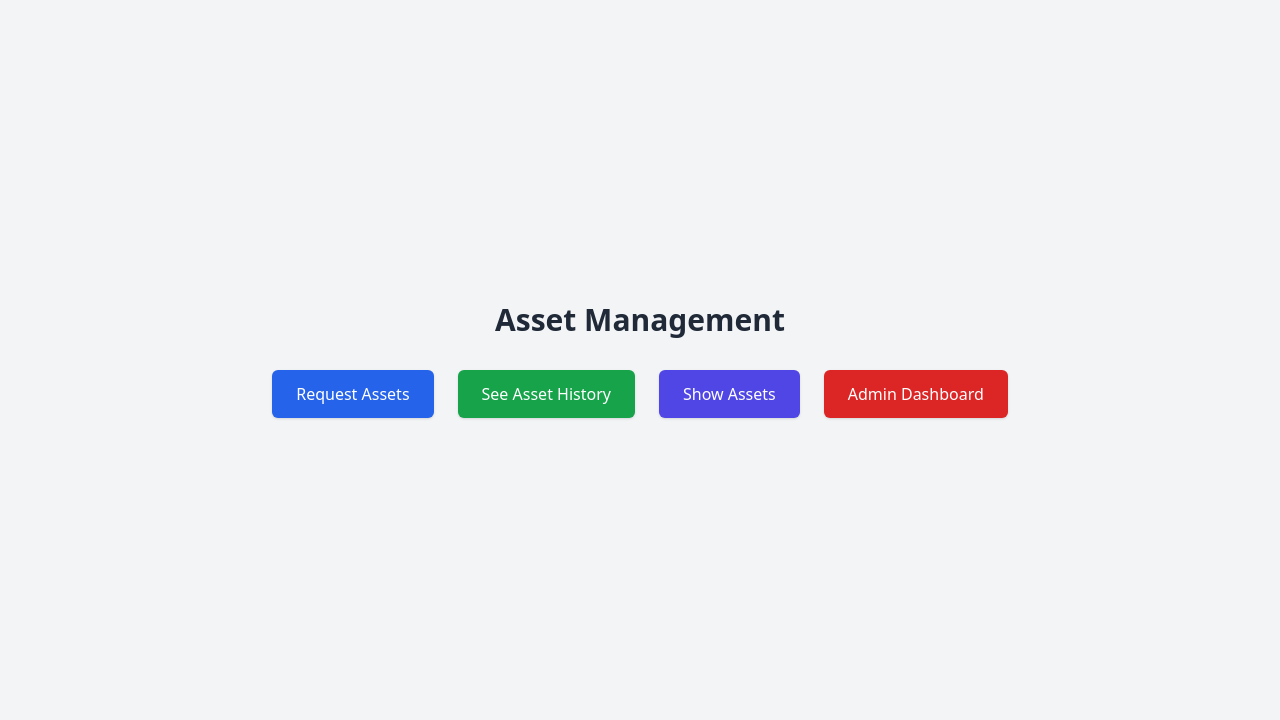
Repository: NirmalyaSatapathy/NirmalyaSatapathyProjects
Page: http://localhost/AssetManagement/EmployDashBoard.jsp
The author's editor kept a copy of each file at every save. The page is drawn from the files as they stood at one save, then again after the next save.
The browser window is 1280 px wide. The pictures show the whole page.
Some web libraries are served in a nearby version. The page is served by Tomcat 9.

Above is the page before, as saved 2025-06-03 17:09:36.

After the next save:
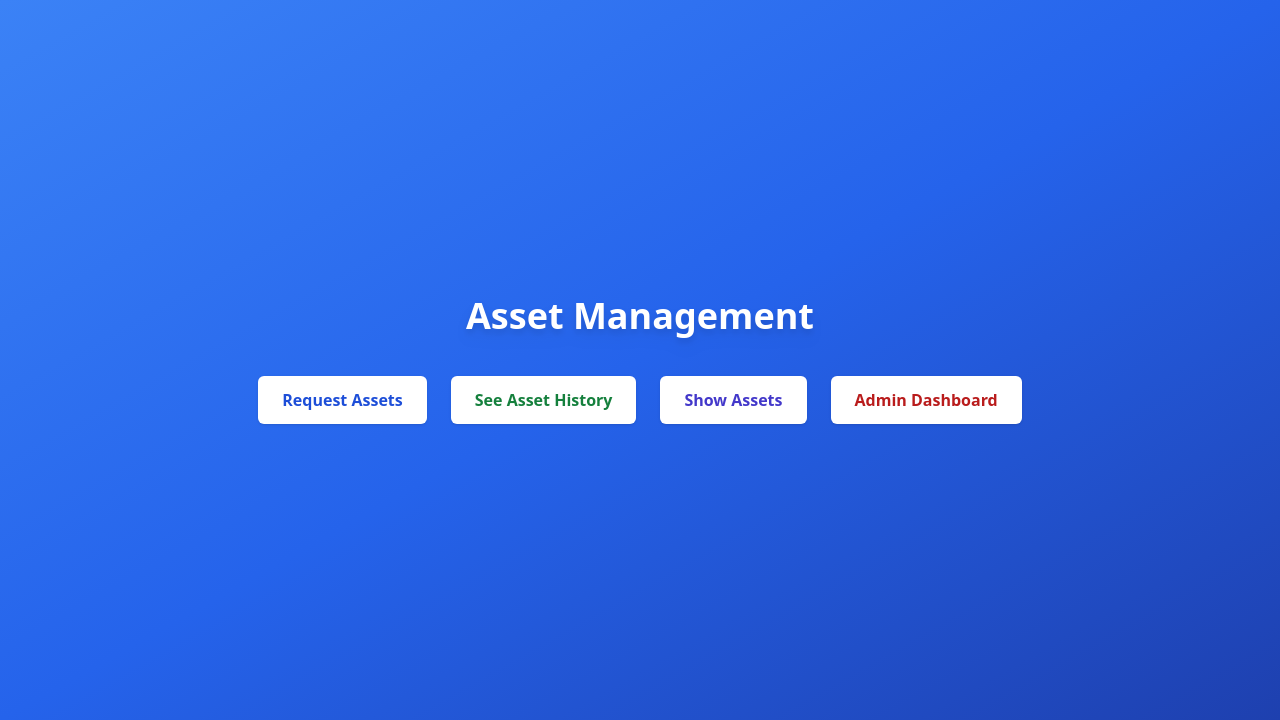
Saved 84 s later.
--- a/AssetManagement/AssetManagement/src/main/webapp/EmployDashBoard.jsp
+++ b/AssetManagement/AssetManagement/src/main/webapp/EmployDashBoard.jsp
@@ -9,29 +9,42 @@
 <!-- Tailwind CSS CDN -->
 <script src="https://cdn.tailwindcss.com"></script>
 
+<!-- Optional: Tailwind custom animation for pulsing shine -->
+<script>
+  tailwind.config = {
+    theme: {
+      extend: {
+        animation: {
+          'shine': 'pulse 5s infinite',
+        }
+      }
+    }
+  }
+</script>
+
 </head>
-<body class="bg-gray-100 text-gray-800 min-h-screen flex flex-col items-center justify-center">
+<body class="bg-gradient-to-br from-blue-500 via-blue-600 to-blue-800 text-white min-h-screen flex flex-col items-center justify-center animate-shine">
 
-    <h1 class="text-3xl font-bold mb-8">Asset Management</h1>
+    <h1 class="text-4xl font-bold mb-10 drop-shadow-lg">Asset Management</h1>
 
     <div class="flex flex-wrap gap-6">
         <a href="RequestAsset.jsf"
-           class="px-6 py-3 bg-blue-600 text-white rounded-md shadow hover:bg-blue-700 transition">
+           class="px-6 py-3 bg-white text-blue-700 font-semibold rounded-md shadow hover:bg-blue-100 transition">
            Request Assets
         </a>
 
         <a href="ShowAssetHistory.jsf"
-           class="px-6 py-3 bg-green-600 text-white rounded-md shadow hover:bg-green-700 transition">
+           class="px-6 py-3 bg-white text-green-700 font-semibold rounded-md shadow hover:bg-green-100 transition">
            See Asset History
         </a>
 
         <a href="ShowAssets.jsf"
-           class="px-6 py-3 bg-indigo-600 text-white rounded-md shadow hover:bg-indigo-700 transition">
+           class="px-6 py-3 bg-white text-indigo-700 font-semibold rounded-md shadow hover:bg-indigo-100 transition">
            Show Assets
         </a>
 
         <a href="AminLogin.jsf"
-           class="px-6 py-3 bg-red-600 text-white rounded-md shadow hover:bg-red-700 transition">
+           class="px-6 py-3 bg-white text-red-700 font-semibold rounded-md shadow hover:bg-red-100 transition">
            Admin Dashboard
         </a>
     </div>
